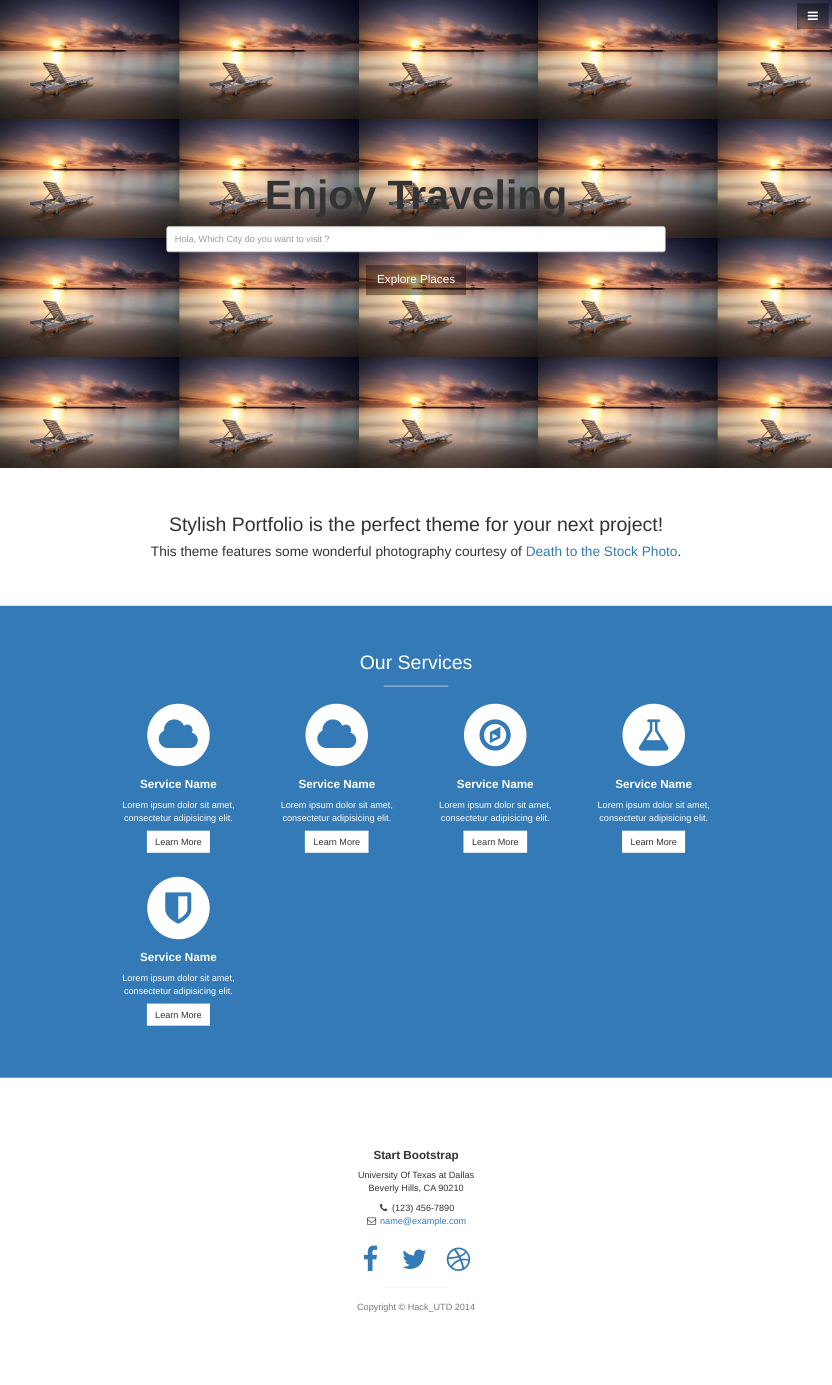
Repository: thomasronk/UTD_Hack
Page: http://localhost/route/Search
These files come from the project's save history. The page is drawn as it stood at one moment and after the next save; the edit follows.
The browser window is 1280 px wide. The pictures show the whole page, at 65% of full size.
Some web fonts or font styles are not loaded; a fallback is used. The page is served by Tomcat 9. Other server files are loaded and not shown.

Above is the page before, as saved 2015-01-18 08:51:27.

### UTDHackWorkSpace/route/WebContent/WEB-INF/main.jsp

<%@taglib prefix="c" uri="http://java.sun.com/jsp/jstl/core" %>
<html lang="en">

<head>

    <meta charset="utf-8">
    <meta http-equiv="X-UA-Compatible" content="IE=edge">
    <meta name="viewport" content="width=device-width, initial-scale=1">
    <meta name="description" content="">
    <meta name="author" content="">

    <title>Stylish Portfolio - Start Bootstrap Theme</title>

    <!-- Bootstrap Core CSS -->
    <!--<link href="css/bootstrap.min.css" rel="stylesheet">-->
	<link  rel="stylesheet" href="<c:url value="css/bootstrap.min.css" />" />
    <!-- Custom CSS -->
    <link href="css/stylish-portfolio.css" rel="stylesheet">

    <!-- Custom Fonts -->
    <link href="font-awesome/css/font-awesome.min.css" rel="stylesheet" type="text/css">
    <link href="http://fonts.googleapis.com/css?family=Source+Sans+Pro:300,400,700,300italic,400italic,700italic" rel="stylesheet" type="text/css">

    <!-- HTML5 Shim and Respond.js IE8 support of HTML5 elements and media queries -->
    <!-- WARNING: Respond.js doesn't work if you view the page via file:// -->
    <!--[if lt IE 9]>
        <script src="https://oss.maxcdn.com/libs/html5shiv/3.7.0/html5shiv.js"></script>
        <script src="https://oss.maxcdn.com/libs/respond.js/1.4.2/respond.min.js"></script>
    <![endif]-->

</head>

<body>

    <!-- Navigation -->
    <a id="menu-toggle" href="#" class="btn btn-dark btn-lg toggle"><i class="fa fa-bars"></i></a>
    <nav id="sidebar-wrapper">
        <ul class="sidebar-nav">
            <a id="menu-close" href="#" class="btn btn-light btn-lg pull-right toggle"><i class="fa fa-times"></i></a>
            <li class="sidebar-brand">
                <a href="#top">Start </a>
            </li>
            <li>
                <a href="#top">Home</a>
            </li>
            <li>
                <a href="#about">About</a>
            </li>
            <li>
                <a href="#services">Services</a>
            </li>
            <li>
                <a href="#portfolio">Portfolio</a>
            </li>
            <li>
                <a href="#contact">Contact</a>
            </li>
        </ul>
    </nav>

    <!-- Header -->
    <header id="top" class="header">
        <div class="text-vertical-center">
            <h1>Enjoy Traveling</h1>
            <!--  <h3>Free Bootstrap Themes &amp; Templates</h3>-->
            <input type="text" class="form-control" id="placeTextField" style="margin-left:20%;margin-top:1%;height:40px;width:60%;"placeholder="Hola, Which City do you want to visit ?"
                   name="place">

            <br>
            <a href="#about" class="btn btn-dark btn-lg">Explore Places</a>
        </div>
    </header>

    <!-- About -->
    <section id="about" class="about">
        <div class="container">
            <div class="row">
                <div class="col-lg-12 text-center">
                    <h2>Stylish Portfolio is the perfect theme for your next project!</h2>
                    <p class="lead">This theme features some wonderful photography courtesy of <a target="_blank" href="http://join.deathtothestockphoto.com/">Death to the Stock Photo</a>.</p>
                </div>
            </div>
            <!-- /.row -->
        </div>
        <!-- /.container -->
    </section>

    <section id="services" class="services bg-primary">
        <div class="container">
            <div class="row text-center">
                <div class="col-lg-10 col-lg-offset-1">
                    <h2>Our Services</h2>
                    <hr class="small">
                    <div class="row">
                        <div class="col-md-3 col-sm-6">
                            <div class="service-item">
                                <span class="fa-stack fa-4x">
                                <i class="fa fa-circle fa-stack-2x"></i>
                                <i class="fa fa-cloud fa-stack-1x text-primary"></i>
                            </span>
                                <h4>
                                    <strong>Service Name</strong>
                                </h4>
                                <p>Lorem ipsum dolor sit amet, consectetur adipisicing elit.</p>
                                <a href="#" class="btn btn-light">Learn More</a>
                            </div>
                        </div>

                        <div class="col-md-3 col-sm-6">
                            <div class="service-item">
                                <span class="fa-stack fa-4x">
                                <i class="fa fa-circle fa-stack-2x"></i>
                                <i class="fa fa-cloud fa-stack-1x text-primary"></i>
                            </span>
                                <h4>
                                    <strong>Service Name</strong>
                                </h4>
                                <p>Lorem ipsum dolor sit amet, consectetur adipisicing elit.</p>
                                <a href="#" class="btn btn-light">Learn More</a>
                            </div>
                        </div>
                        <div class="col-md-3 col-sm-6">
                            <div class="service-item">
                                <span class="fa-stack fa-4x">
                                <i class="fa fa-circle fa-stack-2x"></i>
                                <i class="fa fa-compass fa-stack-1x text-primary"></i>
                            </span>
                                <h4>
                                    <strong>Service Name</strong>
                                </h4>
                                <p>Lorem ipsum dolor sit amet, consectetur adipisicing elit.</p>
                                <a href="#" class="btn btn-light">Learn More</a>
                            </div>
                        </div>
                        <div class="col-md-3 col-sm-6">
                            <div class="service-item">
                                <span class="fa-stack fa-4x">
                                <i class="fa fa-circle fa-stack-2x"></i>
                                <i class="fa fa-flask fa-stack-1x text-primary"></i>
                            </span>
                                <h4>
                                    <strong>Service Name</strong>
                                </h4>
                                <p>Lorem ipsum dolor sit amet, consectetur adipisicing elit.</p>
                                <a href="#" class="btn btn-light">Learn More</a>
                            </div>
                        </div>
                        <div class="col-md-3 col-sm-6">
                            <div class="service-item">
                                <span class="fa-stack fa-4x">
                                <i class="fa fa-circle fa-stack-2x"></i>
                                <i class="fa fa-shield fa-stack-1x text-primary"></i>
                            </span>
                                <h4>
                                    <strong>Service Name</strong>
                                </h4>
                                <p>Lorem ipsum dolor sit amet, consectetur adipisicing elit.</p>
                                <a href="#" class="btn btn-light">Learn More</a>
                            </div>
                        </div>
                    </div>
                    <!-- /.row (nested) -->
                </div>
                <!-- /.col-lg-10 -->
            </div>
            <!-- /.row -->
        </div>
        <!-- /.container -->
    </section>



	<footer>
        <div class="container">
            <div class="row">
                <div class="col-lg-10 col-lg-offset-1 text-center">
                    <h4><strong>Start Bootstrap</strong>
                    </h4>
                    <p>University Of Texas at Dallas<br>Beverly Hills, CA 90210</p>
                    <ul class="list-unstyled">
                        <li><i class="fa fa-phone fa-fw"></i> (123) 456-7890</li>
                        <li><i class="fa fa-envelope-o fa-fw"></i>  <a href="mailto:name@example.com">name@example.com</a>
                        </li>
                    </ul>
                    <br>
                    <ul class="list-inline">
                        <li>
                            <a href="#"><i class="fa fa-facebook fa-fw fa-3x"></i></a>
                        </li>
                        <li>
                            <a href="#"><i class="fa fa-twitter fa-fw fa-3x"></i></a>
                        </li>
                        <li>
                            <a href="#"><i class="fa fa-dribbble fa-fw fa-3x"></i></a>
                        </li>
                    </ul>
                    <hr class="small">
                    <p class="text-muted">Copyright &copy; Hack_UTD 2014</p>
                </div>
            </div>
        </div>
    </footer>

    <!-- jQuery -->
    <script src="js/jquery.js"></script>

    <!-- Bootstrap Core JavaScript -->
    <script src="js/bootstrap.min.js"></script>

    <!-- Custom Theme JavaScript -->
    <script>
    // Closes the sidebar menu
    $("#menu-close").click(function(e) {
        e.preventDefault();
        $("#sidebar-wrapper").toggleClass("active");
    });

    // Opens the sidebar menu
    $("#menu-toggle").click(function(e) {
        e.preventDefault();
        $("#sidebar-wrapper").toggleClass("active");
    });

    // Scrolls to the selected menu item on the page
    $(function() {
    	var images = ["bg0.jpg", "bg1.jpg"];
    	var cnt = 0;
    	setInterval(function () {
    	    cnt == images.length-1 ? cnt = 0 : ++cnt;
    	    var url = "img/"+images[cnt];
    	    $(".header").css("background", "url(" + url + ")");
    	}, 3000);

        $('a[href*=#]:not([href=#])').click(function() {
            if (location.pathname.replace(/^\//, '') == this.pathname.replace(/^\//, '') || location.hostname == this.hostname) {

                var target = $(this.hash);
                target = target.length ? target : $('[name=' + this.hash.slice(1) + ']');
                if (target.length) {
                    $('html,body').animate({
                        scrollTop: target.offset().top
                    }, 1000);
                    return false;
                }
            }
        });
    });
    </script>

</body>

</html>

### UTDHackWorkSpace/route/src/com/src/utdhack/Search.java
package com.src.utdhack;

import java.io.IOException;
import javax.servlet.ServletException;
import javax.servlet.annotation.WebServlet;
import javax.servlet.http.HttpServlet;
import javax.servlet.http.HttpServletRequest;
import javax.servlet.http.HttpServletResponse;

/**
 * Servlet implementation class Search
 */
@WebServlet("/Search")
public class Search extends HttpServlet {
	private static final long serialVersionUID = 1L;

    /**
     * @see HttpServlet#HttpServlet()
     */
    public Search() {
        super();
        // TODO Auto-generated constructor stub
    }

	/**
	 * @see HttpServlet#doGet(HttpServletRequest request, HttpServletResponse response)
	 */
	protected void doGet(HttpServletRequest request, HttpServletResponse response) throws ServletException, IOException {
		// TODO Auto-generated method stub
		System.out.println("I am in Search Page");
		//response.getWriter().println("Hello Friend!!!");
		request.getRequestDispatcher("/WEB-INF/main.jsp").forward(request, response);
	}

	/**
	 * @see HttpServlet#doPost(HttpServletRequest request, HttpServletResponse response)
	 */
	protected void doPost(HttpServletRequest request, HttpServletResponse response) throws ServletException, IOException {
		// TODO Auto-generated method stub
	}

}

### UTDHackWorkSpace/route/WebContent/css/stylish-portfolio.css
/*!
 * Start Bootstrap - Stylish Portfolio Bootstrap Theme (http://startbootstrap.com)
 * Code licensed under the Apache License v2.0.
 * For details, see http://www.apache.org/licenses/LICENSE-2.0.
 */

/* Global Styles */

html,
body {
    width: 100%;
    height: 100%;
}

body {
    font-family: "Source Sans Pro","Helvetica Neue",Helvetica,Arial,sans-serif;
}

.text-vertical-center {
    display: table-cell;
    text-align: center;
    vertical-align: middle;
}

.text-vertical-center h1 {
    margin: 0;
    padding: 0;
    font-size: 4.5em;
    font-weight: 700;
}

/* Custom Button Styles */

.btn-dark {
    border-radius: 0;
    color: #fff;
    background-color: rgba(0,0,0,0.4);
}

.btn-dark:hover,
.btn-dark:focus,
.btn-dark:active {
    color: #fff;
    background-color: rgba(0,0,0,0.7);
}

.btn-light {
    border-radius: 0;
    color: #333;
    background-color: rgb(255,255,255);
}

.btn-light:hover,
.btn-light:focus,
.btn-light:active {
    color: #333;
    background-color: rgba(255,255,255,0.8);
}

/* Custom Horizontal Rule */

hr.small {
    max-width: 100px;
}

/* Side Menu */

#sidebar-wrapper {
    z-index: 1000;
    position: fixed;
    right: 0;
    width: 250px;
    height: 100%;
    margin-right: -250px;
    overflow-y: auto;
    background: #222;
    -webkit-transition: all 0.4s ease 0s;
    -moz-transition: all 0.4s ease 0s;
    -ms-transition: all 0.4s ease 0s;
    -o-transition: all 0.4s ease 0s;
    transition: all 0.4s ease 0s;
}

.sidebar-nav {
    position: absolute;
    top: 0;
    width: 250px;
    margin: 0;
    padding: 0;
    list-style: none;
}

.sidebar-nav li {
    text-indent: 20px;
    line-height: 40px;
}

.sidebar-nav li a {
    display: block;
    text-decoration: none;
    color: #999;
}

.sidebar-nav li a:hover {
    text-decoration: none;
    color: #fff;
    background: rgba(255,255,255,0.2);
}

.sidebar-nav li a:active,
.sidebar-nav li a:focus {
    text-decoration: none;
}

.sidebar-nav > .sidebar-brand {
    height: 55px;
    font-size: 18px;
    line-height: 55px;
}

.sidebar-nav > .sidebar-brand a {
    color: #999;
}

.sidebar-nav > .sidebar-brand a:hover {
    color: #fff;
    background: none;
}

#menu-toggle {
    z-index: 1;
    position: fixed;
    top: 0;
    right: 0;
}

#sidebar-wrapper.active {
    right: 250px;
    width: 250px;
    -webkit-transition: all 0.4s ease 0s;
    -moz-transition: all 0.4s ease 0s;
    -ms-transition: all 0.4s ease 0s;
    -o-transition: all 0.4s ease 0s;
    transition: all 0.4s ease 0s;
}

.toggle {
    margin: 5px 5px 0 0;
}

/* Header */

.header {
    display: table;
    position: relative;
    width: 100%;
    height: 100%;
    background: url(../img/bg0.jpg) no-repeat center center scroll;
    -webkit-background-size: cover;
    -moz-background-size: cover;
    background-size: cover;
    -o-background-size: cover;
}

/* About */

.about {
    padding: 50px 0;
}

/* Services */

.services {
    padding: 50px 0;
}

.service-item {
    margin-bottom: 30px;
}

/* Callout */

.callout {
    display: table;
    width: 100%;
    height: 400px;
    color: #fff;
    background: url(../img/callout.jpg) no-repeat center center scroll;
    -webkit-background-size: cover;
    -moz-background-size: cover;
    background-size: cover;
    -o-background-size: cover;
}

/* Portfolio */

.portfolio {
    padding: 50px 0;
}

.portfolio-item {
    margin-bottom: 30px;
}

.img-portfolio {
    margin: 0 auto;
}

.img-portfolio:hover {
    opacity: 0.8;
}

/* Call to Action */

.call-to-action {
    padding: 50px 0;
}

.call-to-action .btn {
    margin: 10px;
}

/* Map */

.map {
    height: 500px;
}

@media(max-width:768px) {
    .map {
        height: 75%;
    }
}

/* Footer */

footer {
    padding: 100px 0;
}

Loaded but not shown: UTDHackWorkSpace/route/WebContent/css/bootstrap.min.css (library); UTDHackWorkSpace/route/WebContent/font-awesome/css/font-awesome.min.css (library); UTDHackWorkSpace/route/WebContent/js/jquery.js (library); UTDHackWorkSpace/route/WebContent/js/bootstrap.min.js (library)

After the next save:
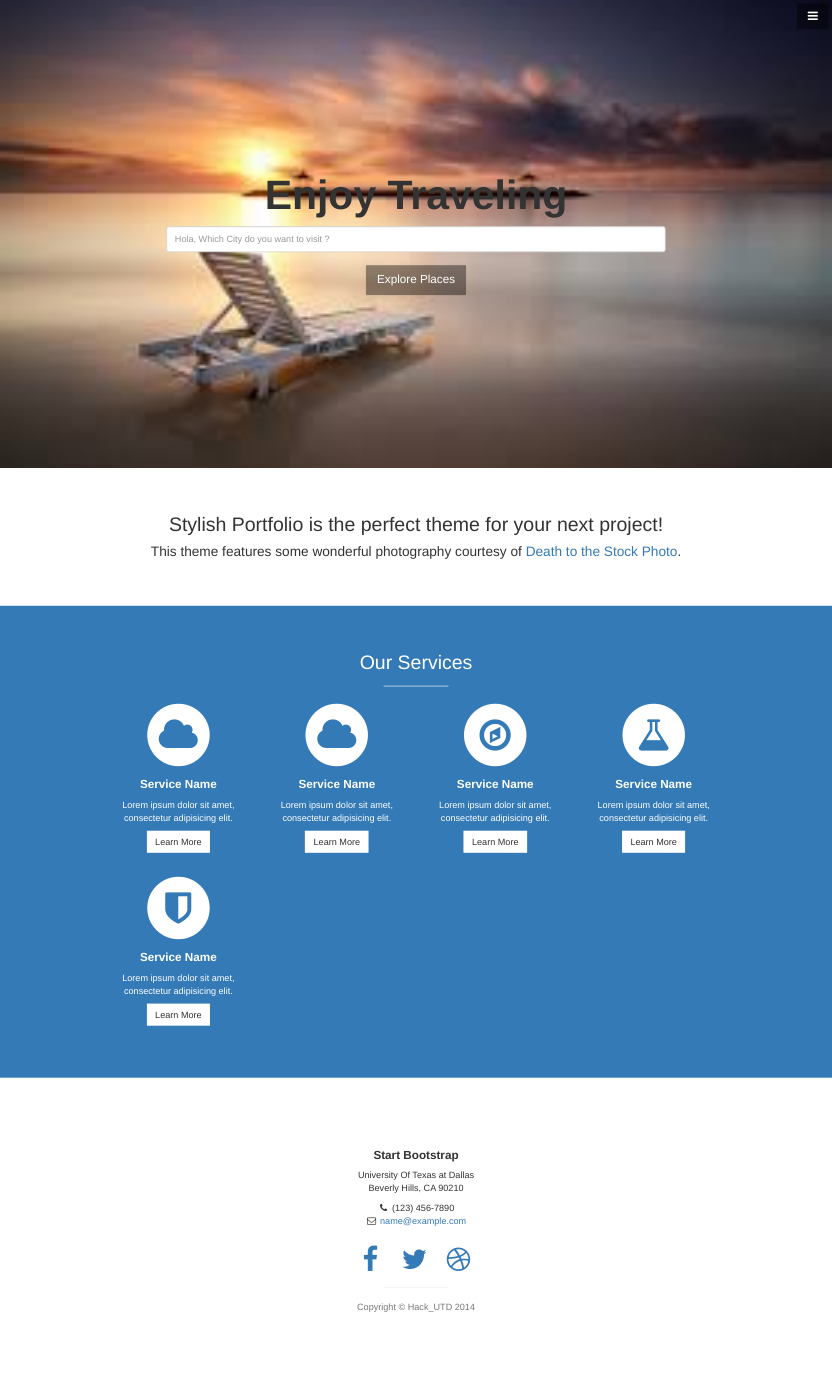
Saved 2 min 44 s later.
--- a/UTDHackWorkSpace/route/WebContent/WEB-INF/main.jsp
+++ b/UTDHackWorkSpace/route/WebContent/WEB-INF/main.jsp
@@ -229,7 +229,8 @@
     	setInterval(function () {
     	    cnt == images.length-1 ? cnt = 0 : ++cnt;
     	    var url = "img/"+images[cnt];
-    	    $(".header").css("background", "url(" + url + ")");
+    	    $(".header").css("background-image", "url(" + url + ")");
+    	    $(".header").css("background-repeat", "no-repeat");
     	}, 3000);
 
         $('a[href*=#]:not([href=#])').click(function() {

After the save that followed:
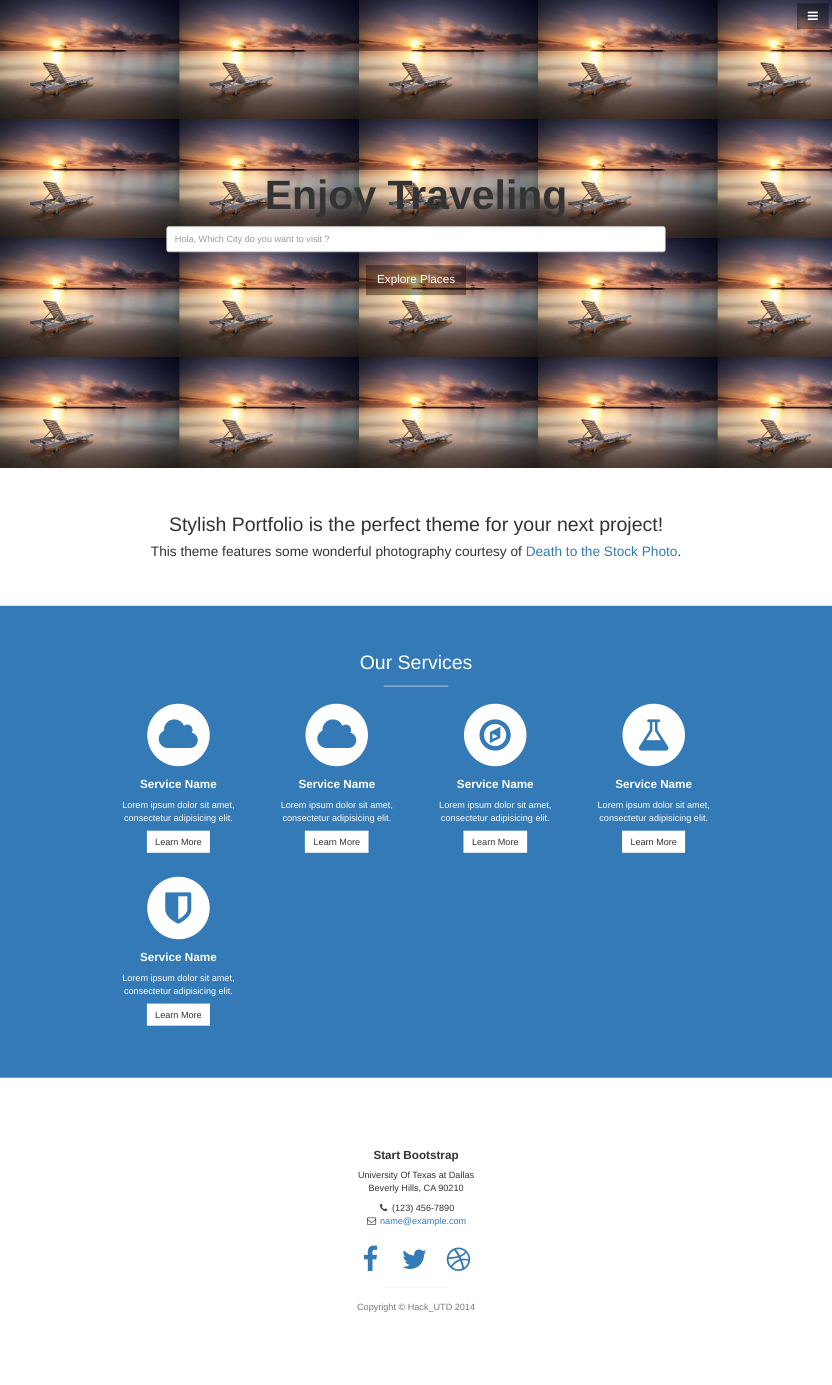
Saved 2 min 55 s later.
--- a/UTDHackWorkSpace/route/WebContent/WEB-INF/main.jsp
+++ b/UTDHackWorkSpace/route/WebContent/WEB-INF/main.jsp
@@ -228,9 +228,9 @@
     	var cnt = 0;
     	setInterval(function () {
     	    cnt == images.length-1 ? cnt = 0 : ++cnt;
-    	    var url = "img/"+images[cnt];
-    	    $(".header").css("background-image", "url(" + url + ")");
-    	    $(".header").css("background-repeat", "no-repeat");
+    	    var background = "url(img/"+images[cnt]+")";
+    	    //$(".header").css("background", "url(" + url + ")");
+    	    $(".header").css("background", background);
     	}, 3000);
 
         $('a[href*=#]:not([href=#])').click(function() {
